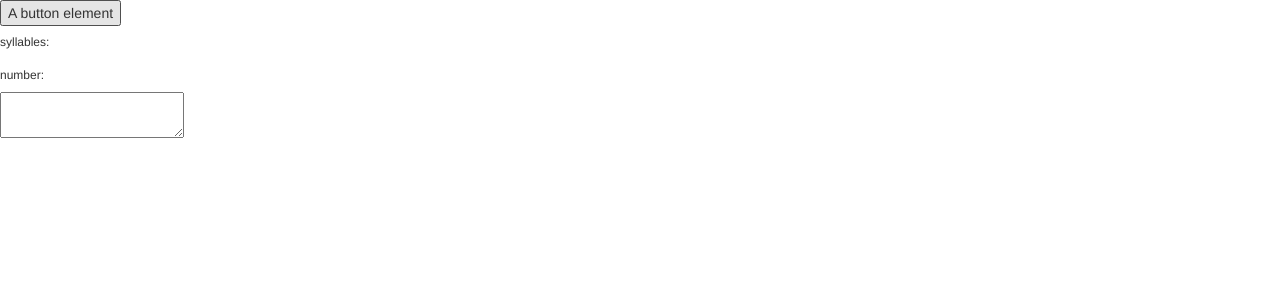
Repository: eadaradhiraj/shloka_builder
Page: shloka_builder.html
The author's editor kept a copy of each file at every save. The page is drawn from the files as they stood at one save, then again after the next save.
The browser window is 1280 px wide. The pictures show the whole page.
Some web libraries are served in a nearby version.

Above is the page before, as saved 2018-04-12 15:56:58.

After the next save:
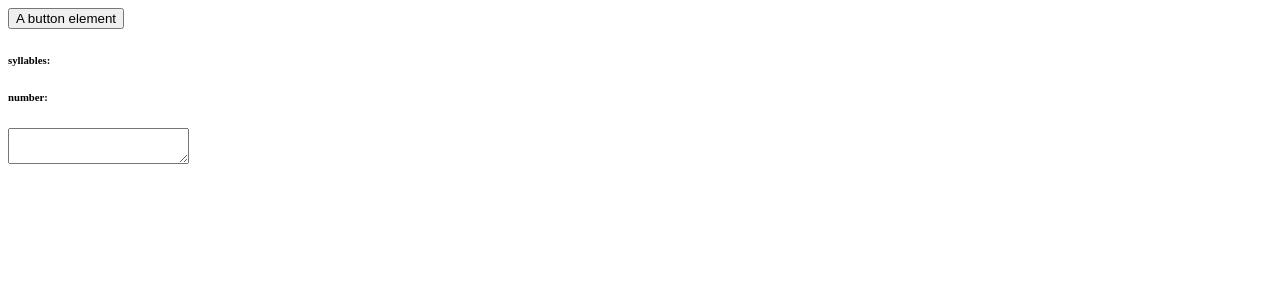
Saved 46 min 12 s later.
--- a/shloka_builder.html
+++ b/shloka_builder.html
@@ -2,8 +2,7 @@
 <html lang="en">
 
 <head>
-
-  <link href="https://maxcdn.bootstrapcdn.com/bootstrap/3.3.6/css/bootstrap.min.css" rel="stylesheet" />
+  <link rel="stylesheet" href="//maxcdn.bootstrapcdn.com/bootstrap/3.3.7/css/bootstrap-theme.min.css"/>
   <script src="https://ajax.googleapis.com/ajax/libs/jquery/1.12.4/jquery.min.js"></script>
   <script type="text/javascript" src="https://ajax.googleapis.com/ajax/libs/jqueryui/1.11.1/jquery-ui.min.js"></script>
   <script type="text/javascript" src="https://realization.org/p/topics/transliterator/sanscript.js"></script>

After the 5 saves that followed:
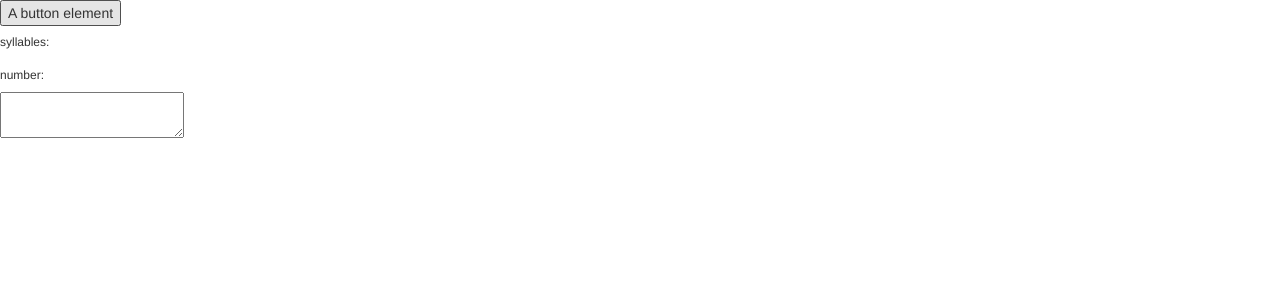
The 5 saves are shown as one change because 3 left the picture as it was and some came seconds apart.
The last was saved 7 min 28 s later.
--- a/shloka_builder.html
+++ b/shloka_builder.html
@@ -2,7 +2,9 @@
 <html lang="en">
 
 <head>
-  <link rel="stylesheet" href="//maxcdn.bootstrapcdn.com/bootstrap/3.3.7/css/bootstrap-theme.min.css"/>
+
+  <link href="https://maxcdn.bootstrapcdn.com/bootstrap/3.3.6/css/bootstrap.min.css" rel="stylesheet">
+
   <script src="https://ajax.googleapis.com/ajax/libs/jquery/1.12.4/jquery.min.js"></script>
   <script type="text/javascript" src="https://ajax.googleapis.com/ajax/libs/jqueryui/1.11.1/jquery-ui.min.js"></script>
   <script type="text/javascript" src="https://realization.org/p/topics/transliterator/sanscript.js"></script>
